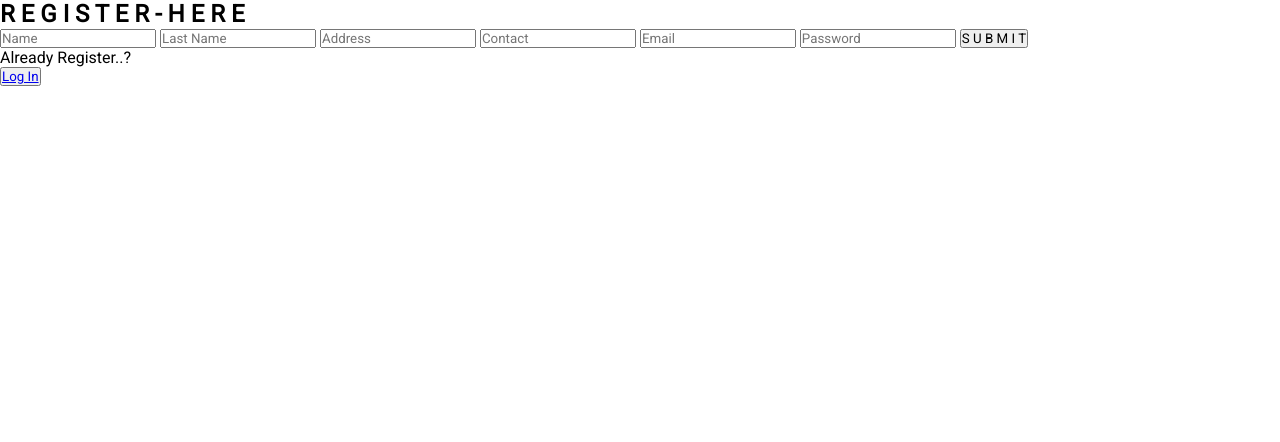
Repository: Krushna26nk/WebApplication
Page: http://localhost/Application/
The author's editor kept a copy of each file at every save. The page is drawn from the files as they stood at one save, then again after the next save.
The browser window is 1280 px wide. The pictures show the whole page.
The page is served by Tomcat 9. Other server files are loaded and not shown.

Above is the page before, as saved 2019-05-31 13:05:35.

### web/Application/WebContent/RegisterData.jsp
<%@ page language="java" contentType="text/html; charset=UTF-8"
    pageEncoding="UTF-8"%>
<!DOCTYPE html PUBLIC "-//W3C//DTD HTML 4.01 Transitional//EN" "http://www.w3.org/TR/html4/loose.dtd">
<html>
<head>
<meta http-equiv="Content-Type" content="text/html; charset=UTF-8">
<link rel="stylesheet" type="text/css" href="Style.css">
<title>Insert title here</title>
</head>
<body bg="blur.jpg">
<div class="regDiv">
	<h2> R E G I S T E R - H E R E </h2>

	<form class="form" action="Registration" style="align:middle;">
				 <div class="inputFields">

					  	<input type="text" id="firstName" placeholder="Name" name="uname">

				 	  	<input type="text" id="lastName" placeholder="Last Name" name="lname">

				  	   	<input type="text" id="userAddress" placeholder="Address" name="address">

				  		<input type="number" id="contactNo" placeholder="Contact" name="contact">

				  		<input type="email" id="emailId" placeholder="Email" name="email">

				  		<input type="password" id="userPassword" placeholder="Password" name="pass">


		 	<input type="submit" value="S U B M I T">
		 </div>
	</form>
		<p> Already Register..?  </p>
		<button type="button"><a href="Login.jsp"> Log In </a></button>

</div>


<script type="text/javascript">
	var userFName = document.getElementById("firstName");
	var userLName = document.getElementById("lastName");
	var userAddr = document.getElementById("userAddress");
	var contct = document.getElementById("contactNo");
	var emailId = document.getElementById("emailId");
	var userPass = document.getElementById("userPassword");
</script>


</body>
</html>

### web/Application/WebContent/Style.css
@CHARSET "UTF-8";
@import url('https://fonts.googleapis.com/css?family=Roboto');
*{
	margin:0;
	padding:0;
	box-sizing: border-box;
	outline:none;
	font-family: 'Roboto', sans-serif;
}

After the next save:
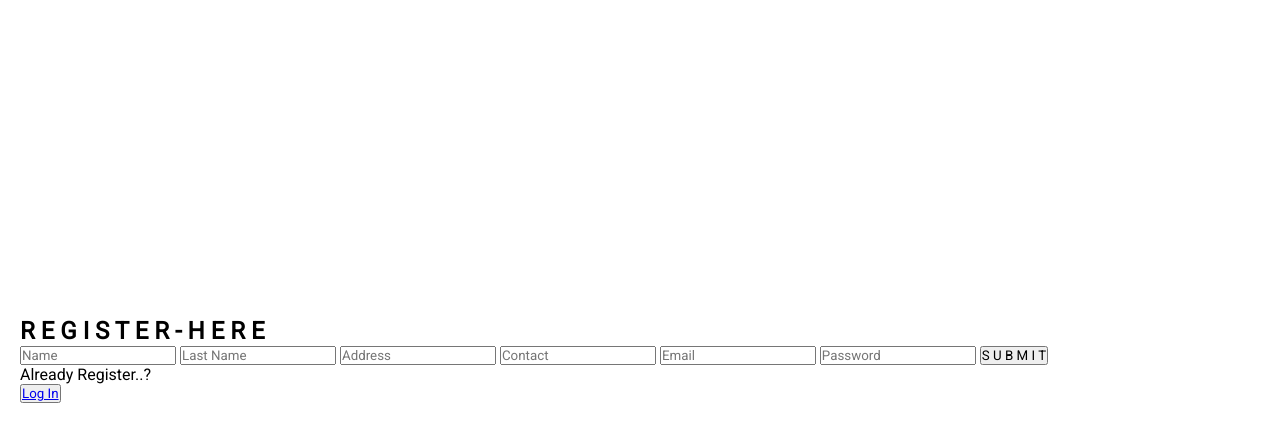
Saved 4 min 37 s later.
--- a/web/Application/WebContent/Style.css
+++ b/web/Application/WebContent/Style.css
@@ -7,3 +7,12 @@
 	outline:none;
 	font-family: 'Roboto', sans-serif;
 }
+
+.regDiv{
+	position:absolute;
+	top:50%;
+	transform:translateY(-50%);
+	width:100%;
+	padding:0px 20px;
+
+}
